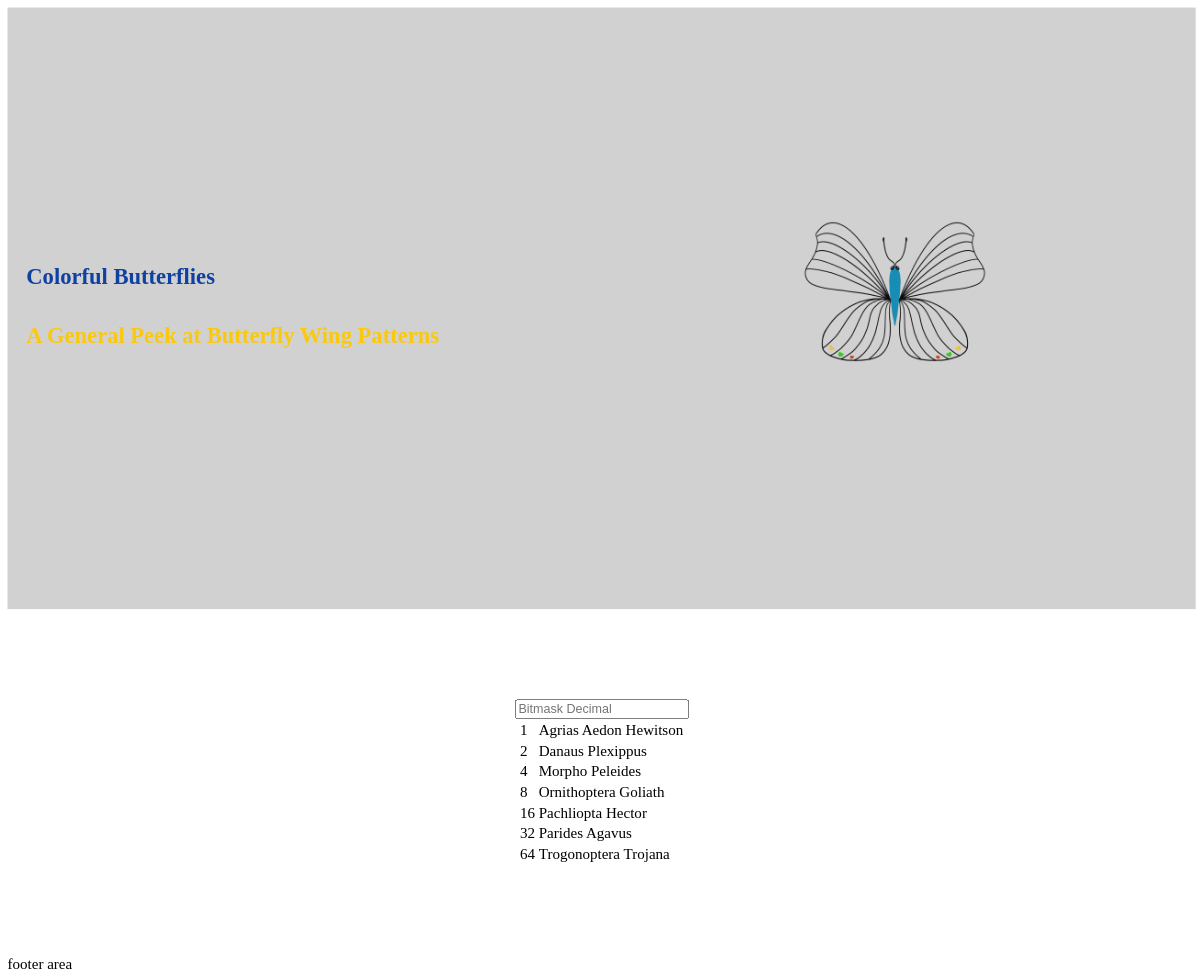
Repository: MeowCeline00/assessment-2
Page: /
An editor plug-in stored every save of this project. The page is shown before and after the next save, followed by the edit.
The browser window is 1280 px wide. The pictures show the whole page, at 94% of full size.
The project was rebuilt for these pictures with package versions that can differ from the ones it lists, and the page was loaded fresh each time. The framework's server and built-in components were replaced by stand-ins that run in the browser. Also part of the build but not shown: next.config.mjs.

Above is the page before, as saved 2024-02-07 21:57:40.

### pages/index.js
import Head from "next/head";
import { useState } from "react";
import styles from "@/styles/Home.module.css";
import Header from "@/Components/Header";


export default function Home() {

  // Butterfly Patterns
  const classFilters = {
    //key : value
    1: 'Agrias Aedon Hewitson',
    2: 'Danaus Plexippus',
    4: 'Morpho Peleides',
    8: 'Ornithoptera Goliath',
    16: 'Pachliopta Hector',
    32: 'Parides Agavus',
    64: 'Trogonoptera Trojana'
  }

  const [input, setInput] = useState();
                                    // 3
                                    // 2 & 2 Remainder 1
                                    // 1 & 1 Remainder 0
                                    // 9
                                    // 8 & 8 Remainder 1
                                    // 1 & 1 Remainder 0
  const getClassStyle = flagValue => (input & flagValue) > 0 ? {backgroundColor: 'yellow'} : null;

  return (
    <>
      <Head>
        <title>General View of Butterfly Wing Patterns</title>
        <meta name="description" content="General View of Butterfly Wing Patterns" />
        <meta name="viewport" content="width=device-width, initial-scale=1" />
        <link rel="icon" href="/butt_favicon.ico" />
      </Head>
      <Header />
      <main className={`${styles.main}`}>
       <input
       id="input"
       type="text"
       placeholder='Bitmask Decimal'
       value={input}
       onChange={event => setInput(event.target.value)}
       />
       <table>
        <tbody>
          {
            Object.keys(classFilters).map(item => (
              <tr key={item} style={getClassStyle(item)}>
                <td>{item}</td>
                <td>{classFilters[item]}</td>
              </tr>
            ))
          }
        </tbody>
       </table>
      </main>
      <footer>footer area</footer>
    </>
  );
}

### styles/Home.module.css
.main {
  display: flex;
  flex-direction: column;
  justify-content: space-between;
  align-items: center;
  padding: 6rem;
  min-height: 20vh;
}

### Components/Header/index.js
import Image from 'next/image';
import styles from './Header.module.css';

export default function Header() {
    return (
        <header className={styles.header}>
            <div className={styles.titleArea}>
                <h1> Colorful Butterflies</h1>
                <h2> A General Peek at Butterfly Wing Patterns</h2>
            </div>
            <div className={styles.logoArea}>
                <img src={"/logo.png"} alt="Butterfly Logo" width={300} />
            </div>
        </header>
    );
}

### Components/Header/Header.module.css
.header {
    display: flex;
    justify-content: space-between;
    align-items: center;
    padding: 20px;
    background-color: #d1d1d1;
}

.titleArea {
    display: flex;
    flex-direction: column;
}

.titleArea h1 {
    color: rgb(15, 64, 162);
    font-size: x-large;
    font-family: ;
}

.titleArea h2 {
    color: rgb(251, 200, 16);
}

.logoArea {
  display: flex;
  padding: 150px;
}

Loaded but not shown: pages/_app.js (common file); pages/_document.js (common file); styles/globals.css (common file)

After the next save:
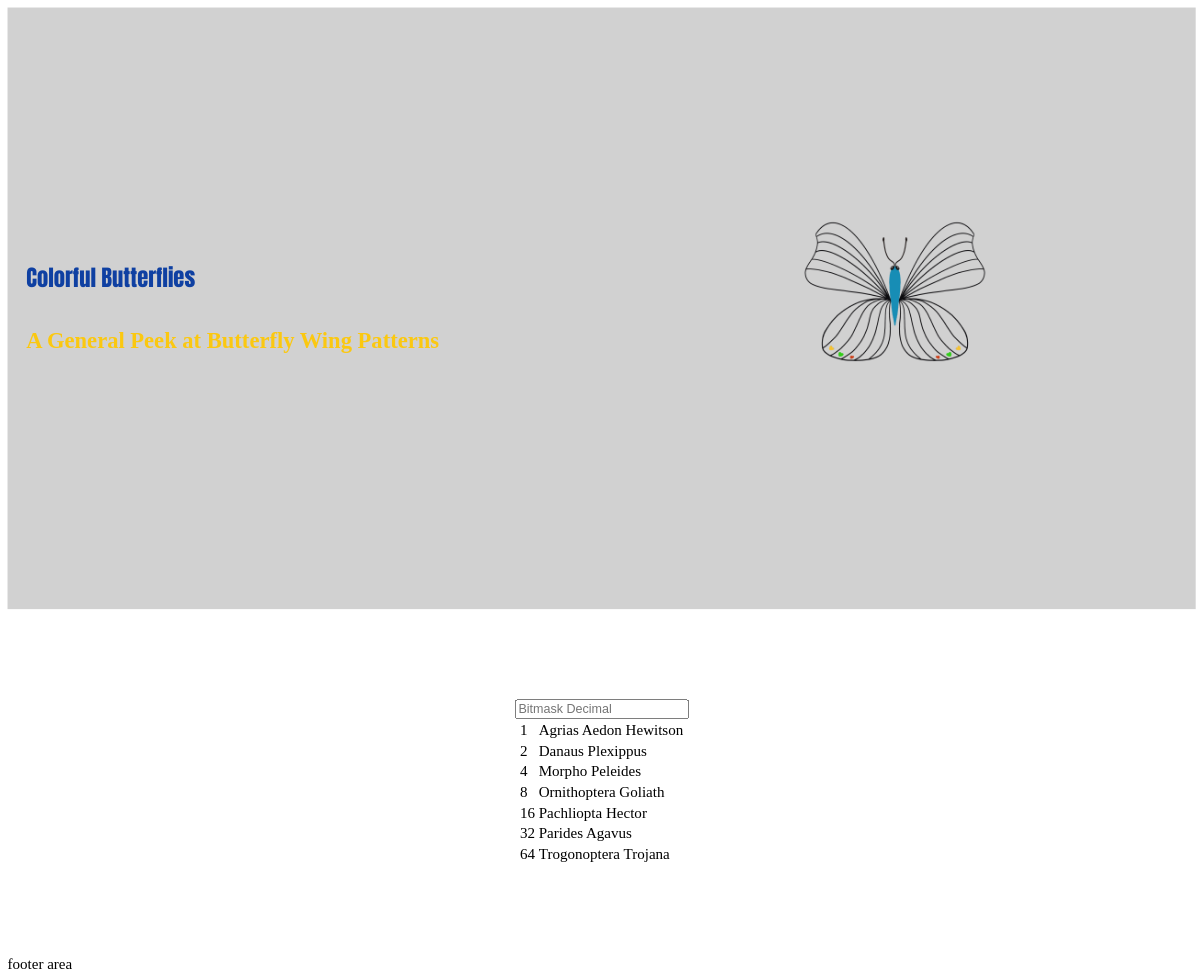
Saved 5 s later.
--- a/Components/Header/Header.module.css
+++ b/Components/Header/Header.module.css
@@ -14,7 +14,7 @@
 .titleArea h1 {
     color: rgb(15, 64, 162);
     font-size: x-large;
-    font-family: ;
+    font-family: Impact, Haettenschweiler, 'Arial Narrow Bold', sans-serif;
 }
 
 .titleArea h2 {
